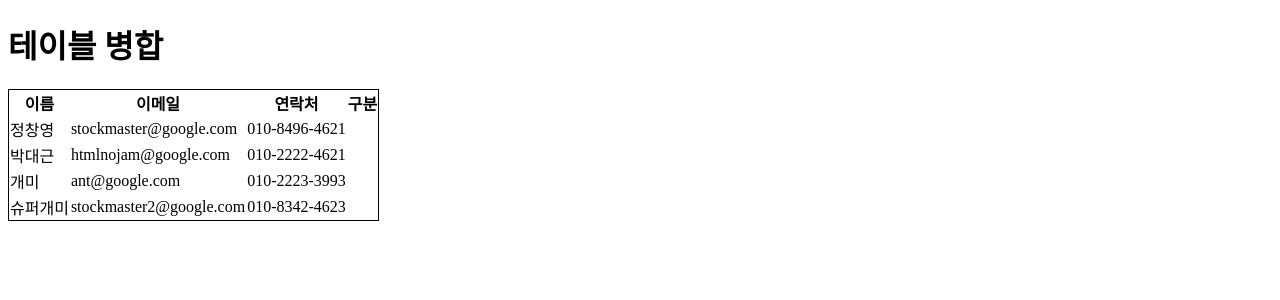
Repository: keeka2/webPractice
Page: MyStudy/HTML_Study/work/0821/WebContent/ex5_table.html
These files come from the project's save history. The page is drawn as it stood at one moment and after the next save; the edit follows.
The browser window is 1280 px wide. The pictures show the whole page.

Above is the page before, as saved 2020-08-21 05:56:01.

### MyStudy/HTML_Study/work/0821/WebContent/ex5_table.html
<!DOCTYPE html>
<html>
<head>
<meta charset="UTF-8">
<title>Insert title here</title>
</head>

<style>
table{
	table: 500px;
	border: 1px solid black;
	border-collapse: collapse;
	}
</style>
<body>
	<header>
		<h1>테이블 병합<h1/>
	</header>
	<article><!-- 현재문서의 본문 -->
		<div>
			<table>
				<tbody>
					<tr>
						<td>정창영</td>
						<td>stockmaster@google.com</td>
						<td>010-8496-4621</td>
						<td></td>
					</tr>
					<tr>
						<td>박대근</td>
						<td>htmlnojam@google.com</td>
						<td>010-2222-4621</td>
						<td></td>
					</tr>
					<tr>
						<td>개미</td>
						<td>ant@google.com</td>
						<td>010-2223-3993</td>
						<td></td>
					</tr>
					<tr>
						<td>슈퍼개미</td>
						<td>stockmaster2@google.com</td>
						<td>010-8342-4623</td>
						<td></td>
					</tr>
				</tbody>
				<thead>
					<tr>
						<th>이름</th>
						<th>이메일</th>
						<th>연락처</th>
						<th>구분</th>
					</tr>
				</thead>
			</table>
		</div>
	</article>
</body>
</html>

After the next save:
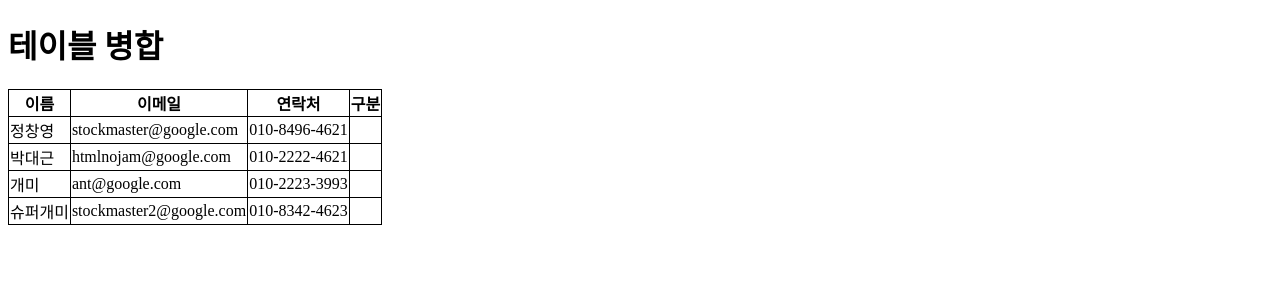
Saved 54 s later.
--- a/MyStudy/HTML_Study/work/0821/WebContent/ex5_table.html
+++ b/MyStudy/HTML_Study/work/0821/WebContent/ex5_table.html
@@ -10,7 +10,10 @@
 	table: 500px;
 	border: 1px solid black;
 	border-collapse: collapse;
-	}
+}
+th,td{/*th또는 td를 만나면 수행*/
+	border: 1px solid black;
+}
 </style>
 <body>
 	<header>
